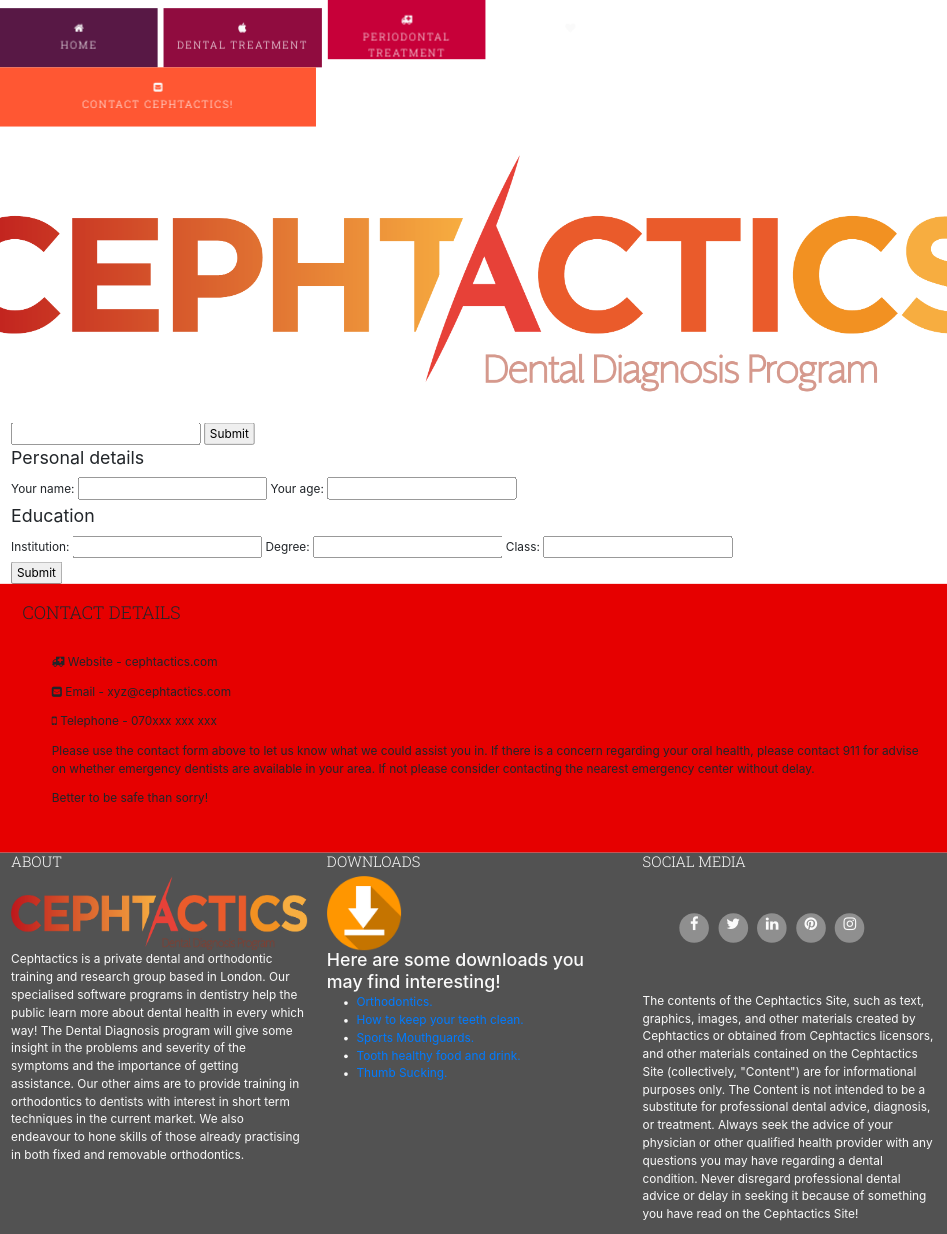
Repository: Code-Institute-Submissions/Rajjabbal-milestone-project
Page: 4contact.html
The author's editor kept a record of every edit. The page is drawn from the files as they stood at one moment, then again after the next edit.
The browser window is 1280 px wide. The pictures show the whole page, at 74% of full size.
Some web libraries are served in a nearby version.

Above is the page before.

### 4contact.html
<!DOCTYPE html>
<html lang="en">

<head>
    <meta charset="UTF-8">
    <meta name="viewport" content="width=device-width, initial-scale=1.0">
    <meta http-equiv="X-UA-Compatible" content="ie=edge">
    <link rel="stylesheet" href="https://stackpath.bootstrapcdn.com/bootstrap/4.2.1/css/bootstrap.min.css" type="text/css" />
    <link rel="stylesheet" href="https://stackpath.bootstrapcdn.com/font-awesome/4.7.0/css/font-awesome.min.css" type="text/css" />
    <link rel="stylesheet" href="assets/css/style.css" type="text/css" />
    <link rel="stylesheet" href="https://cdnjs.cloudflare.com/ajax/libs/hover.css/2.3.1/css/hover-min.css" type="text/css" />
    <title>Milestone Project 1</title>
</head>

<body>
    <header>
        <div class="row no-gutters">
            <div class="col-md-12">
                <ul id="nav" class="list-inline menucontainer">
                    <li class="col-sm-2 ui-menu-color-home list-inline-item menuitem">
                        <a href="#" class="hvr-sweep-to-bottom"><i class="fa fa-home" aria-hidden="true"></i><span>Home</span>
                        </a>
                    </li>
                    <li class="col-sm-2 ui-menu-color-dental list-inline-item menuitem">
                        <a href="#" class="hvr-sweep-to-bottom"><i class="fa fa-apple" aria-hidden="true"></i><span>Dental Treatment</span>
                        </a>
                    </li>
                    <li class="col-sm-2 ui-menu-color-periodontal list-inline-item menuitem">
                        <a href="#" class="hvr-sweep-to-bottom"><i class="fa fa-ambulance" aria-hidden="true"></i><span>Periodontal Treatment</span>
                        </a>
                    </li>
                    <li class="col-sm-2 ui-menu-color-other list-inline-item menuitem">
                        <a href="#" class="hvr-sweep-to-bottom"><i class="fa fa-heart" aria-hidden="true"></i><span>Other Treatment</span>
                        </a>
                    </li>
                    <li class="col-sm-4 ui-menu-color-contact list-inline-item menuitem">
                        <a href="#" class="hvr-sweep-to-bottom"><i class="fa fa-envelope-square" aria-hidden="true"></i><span>Contact Cephtactics!</span>
                        </a>
                    </li>
                </ul>
            </div>
        </div>
        <div class="row no-gutters">
            <a href="index.html" class="col-md-12 logo"></a>
        </div>


    </header>

    <section class="container-fluid">
<div class="row">
    <div class="col-md-12">
        <form>
            <input type="text" name=""/>
            <input type="submit" value="Submit"/>
        </form>

        <form action="https://formdump.codeinstitute.net/" method="post">
        <fieldset>
          <legend>Personal details</legend>
          <label for="name">Your name:</label>
          <input type="text" name="name" id="name">
          <label for="age">Your age:</label>
          <input type="number" name="age" id="age">
        </fieldset>

        <fieldset>
          <legend>Education</legend>
          <label for="institution">Institution:</label>
          <input type="text" name="institution" id="institution">
          <label for="degree">Degree:</label>
          <input type="text"  name="degree" id="degree">
          <label for="class">Class:</label>
          <input type="text" name="class" id="class">
        </fieldset>
        <input type="submit">
    </form>
    </div>

</div>

        <div class="row">
            <div class="col-md-12 bg-color-dental section-column">
                <h4 class="section-heading uppercase">Contact Details</h4>
                <ul class="inline-block">
                    <p><i class="fa fa-ambulance" aria-hidden="true"></i>
                        <span>Website - cephtactics.com</span></p>
                    <p><i class="fa fa-envelope-square" aria-hidden="true"></i>
                        <span>Email - xyz@cephtactics.com</span></p>
                    <p><i class="fa fa-mobile" aria-hidden="true"></i>
                        <span>Telephone - 070xxx xxx xxx</span></p>
                    <p class="inline-block">Please use the contact form above to let us know what we could assist you in. If there is a concern regarding your oral health, please contact 911 for advise on whether emergency dentists are available in your area. If not please consider
                        contacting the nearest emergency center without delay.</p>
                    <p>Better to be safe than sorry!</p>
            </div>


    </section>

    <footer class="container-fluid">
        <div class="row">
            <div class="col-sm-4">
                <h5 class="uppercase general-sub">About</h5>
                <div class="cephtactics">
                    <img src="./assets/images/CEP-Logo DENTAL.png" alt="Italian Trulli" style="width:400px; height:100px;">
                </div>
                <p class="inline-block">
                    Cephtactics is a private dental and orthodontic training and research group based in London. Our specialised software programs in dentistry help the public learn more about dental health in every which way! The Dental Diagnosis program will give some
                    insight in the problems and severity of the symptoms and the importance of getting assistance. Our other aims are to provide training in orthodontics to dentists with interest in short term techniques in the current market. We also
                    endeavour to hone skills of those already practising in both fixed and removable orthodontics.
                </p>
            </div>
            <div class="col-sm-4">
                <h5 class="uppercase general-sub">Downloads</h5>
                <div class="download-pic">
                    <img src="./assets/images/Download.jpg" alt="Italian Trulli" style="width:100px; height:100px;">
                </div>
                <h4 class="download">Here are some downloads you may find interesting!
                </h4>
                <ul class="inline-block">
                    <li>
                        <a href="https://view.publitas.com/british-orthodontic-society/orthotreatmentfebruary2019/page/1" target="_blank" class="link1">
                        <span>Orthodontics.</span>
                    </a>
                    </li>
                    <li>
                        <a href="https://view.publitas.com/british-orthodontic-society/oralhealthmarch2019/page/1" target="_blank" class="link2">
                        <span>How to keep your teeth clean.</span>
                    </a>
                    </li>
                    <li>
                        <a href="https://view.publitas.com/british-orthodontic-society/mouthguardsmarch2019/page/1" target="_blank" class="link3">
                        <span>Sports Mouthguards.</span>
                    </a>
                    </li>
                    <li>
                        <a href="https://view.publitas.com/british-orthodontic-society/food-and-drinkmarch2019/page/1" target="_blank" class="link4">
                        <span>Tooth healthy food and drink.</span>
                    </a>
                    </li>
                    <li>
                        <a href="https://view.publitas.com/british-orthodontic-society/digitsmarch2019/page/1" target="_blank" class="link5">
                        <span>Thumb Sucking.</span>
                    </a>
                    </li>
                </ul>
            </div>
            <div class="col-sm-4">
                <h5 class="uppercase general-sub">Social Media</h5>
                <ul class="list-inline social-links">
                    <li class="list-inline-item">
                        <a target="_blank" href="#">
                            <i class="fa fa-facebook" aria-hidden="true"></i>
                            <span class="sr-only">Facebook</span>
                        </a>
                    </li>
                    <li class="list-inline-item">
                        <a target="_blank" href="#">
                            <i class="fa fa-twitter" aria-hidden="true"></i>
                            <span class="sr-only">Twitter</span>
                        </a>
                    </li>
                    <li class="list-inline-item">
                        <a target="_blank" href="#">
                            <i class="fa fa-linkedin" aria-hidden="true"></i>
                            <span class="sr-only">Linkedin</span>
                        </a>
                    </li>
                    <li class="list-inline-item">
                        <a target="_blank" href="#">
                            <i class="fa fa-pinterest" aria-hidden="true"></i>
                            <span class="sr-only">Pinterest</span>
                        </a>
                    </li>
                    <li class="list-inline-item">
                        <a target="_blank" href="#">
                            <i class="fa fa-instagram" aria-hidden="true"></i>
                            <span class="sr-only">Instagram</span>
                        </a>
                    </li>
                </ul>
                <p class="inline-block">The contents of the Cephtactics Site, such as text, graphics, images, and other materials created by Cephtactics or obtained from Cephtactics licensors, and other materials contained on the Cephtactics Site (collectively, "Content") are
                    for informational purposes only. The Content is not intended to be a substitute for professional dental advice, diagnosis, or treatment. Always seek the advice of your physician or other qualified health provider with any questions
                    you may have regarding a dental condition. Never disregard professional dental advice or delay in seeking it because of something you have read on the Cephtactics Site!</p>
            </div>

        </div>

    </footer>

</body>

</html>

### assets/css/style.css
@import url('https://fonts.googleapis.com/css?family=Roboto+Slab:100,200,300,400,500,600,700');

/*-----colors-----*/

.bg-color-question {
    background-color: #FFC300;

}

.ui-menu-color-home {
    background-color: RGB(88, 24, 69);
}

.ui-menu-color-dental {
    background-color: RGB(144, 12, 63);
}

.ui-menu-color-periodontal {
    background-color: RGB(199, 0, 57);
}

.ui-menu-color-contact {
    background-color: RGB(255, 87, 51);
}

.ui-menu-color-statement {
    background-color: RGB(23, 32, 42);
}

.bg-color-dental {
    background-color: #e60000;
}
.bg-color-periodontal {
    background-color: #cc0000;
}
.bg-color-other {
    background-color: #b30000;
}

/*-----Special paddings/margins/text-----*/

h1,
h2,
h3,
h4 {
    margin: 0;
}

.uppercase {
    text-transform: uppercase;

}

.general-sub {
    font-family: "Roboto Slab", sans-serif;
    font-weight: 300;
    color: #fafafa;
}

.inline-block {
    display: inline-block;
}

.row-table {
    display: table;
}

.section-column {
    display: table-cell;
    padding: 0 30px 30px;
    float: none;
}

.section-heading {
    font-family: "Roboto Slab", sans-serif;
    font-weight: 300;
    margin-top: 25px;
    margin-bottom: 40px;
}

/*-----heading-----*/

header {
    margin: 0px;
}

.list-inline-item:not(:last-child) {
    max-height: 80px;

}

.menucontainer {
    font-size: 0;

}

#nav {
    margin: 0;
}

#nav li {
    font-size: 14px;
    font-family: "Roboto Slab", sans-serif;
    color: #DAF7A6;
    padding: 0;
}

.menuitem {
    height: 80px;
    text-align: center;
}

.menuitem a {
    width: 100%;
    text-decoration: none;
    color: #fff;
}

.menuitem a i {
    padding-top: 20px;
    display: block;
    color: #fafafa;
}

.menuitem span {
    display: block;
    width: 100%;
    padding-top: 5px;
    text-align: center;
    text-transform: uppercase;
    font-size: 14px;
    font-weight: 300;
    letter-spacing: 2px;
}

.logo {
    background: url("../images/CEP-Logo DENTAL.png");
    background-position: center;
    background-repeat: no-repeat;
    background-size: 1400px;
    min-height: 400px;
    padding: 0px;
    transition: all .5s ease-in-out;
    -moz-transition: all .5s ease-in-out;
    -webkit-transition: all .5s ease-in-out;
}

.picture {
    background: url("../images/BK.jpg");
    background-position: center;
    background-repeat: no-repeat;
    background-size: cover;
    min-height: 240px;
    transition: all .5s ease-in-out;
    -moz-transition: .5s ease-in-out;
    -webkit-transition: .5s ease-in-out;
}

.question {
    font-family: "Roboto Slab", sans-serif;
    font-weight: 500;
    font-size: 40px;
    margin: 0px;
    color: #ffffff;
    text-align: center;
}

/*-----hover.css-----*/

.hvr-sweep-to-bottom:before {
    background: rgba(0, 0, 0, 1);
    height: 80px;
}

/*-----section-----*/

.blurb {
    background-color: #4d0000;
    min-height: 200px;
    padding: 0;
    color: #ff8080;
}




/*-----footer-----*/

footer {
    background-color: #525252;
    color: #fafafa;
    min-height: 180px;
    margin: 0;
}

.social-links {
    padding: 50px;
}

.social-links li a i {
    width: 40px;
    height: 40px;
    padding: 12px 0;
    border-radius: 50%;
    font-size: 20px;
    line-height: 7px;
    text-align: center;
    color: #fafafa;
    background: #8f8f8f;
    transition: all 0.35s ease-in-out;
    -moz-transition: all 0.35s ease-in-out;
    -webkit-transition: all 0.35s ease-in-out;
    -o-transition: all 0.35s ease-in-out;
}

.social-links li a i:hover {
    background: #e84610;
}

#footer-details {
    padding: 20px;
}

After the next edit:
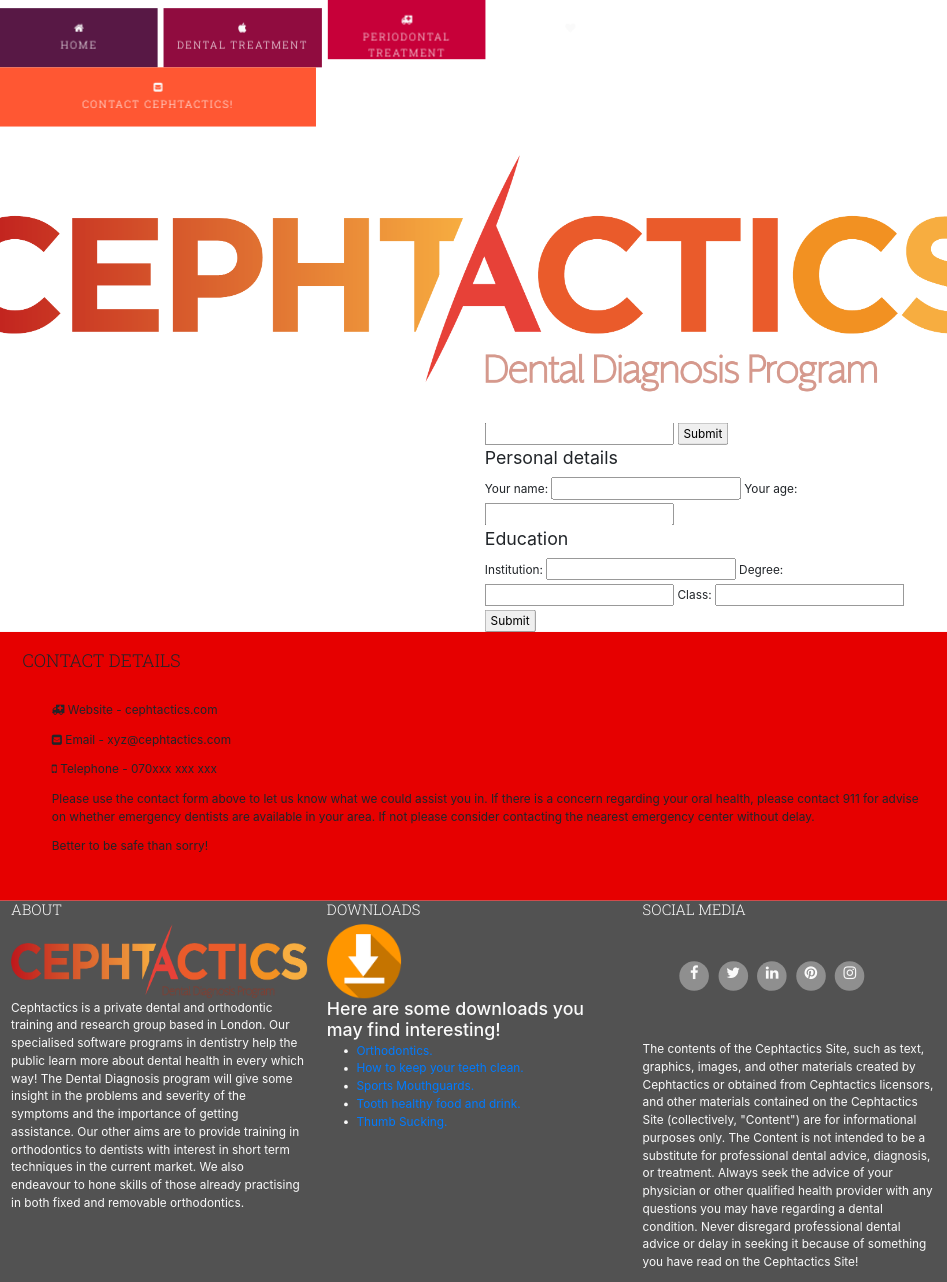
The edit:
--- a/4contact.html
+++ b/4contact.html
@@ -49,7 +49,10 @@
 
     <section class="container-fluid">
 <div class="row">
-    <div class="col-md-12">
+    <div class="col-md-6">
+
+    </div>
+    <div class="col-md-6">
         <form>
             <input type="text" name=""/>
             <input type="submit" value="Submit"/>
